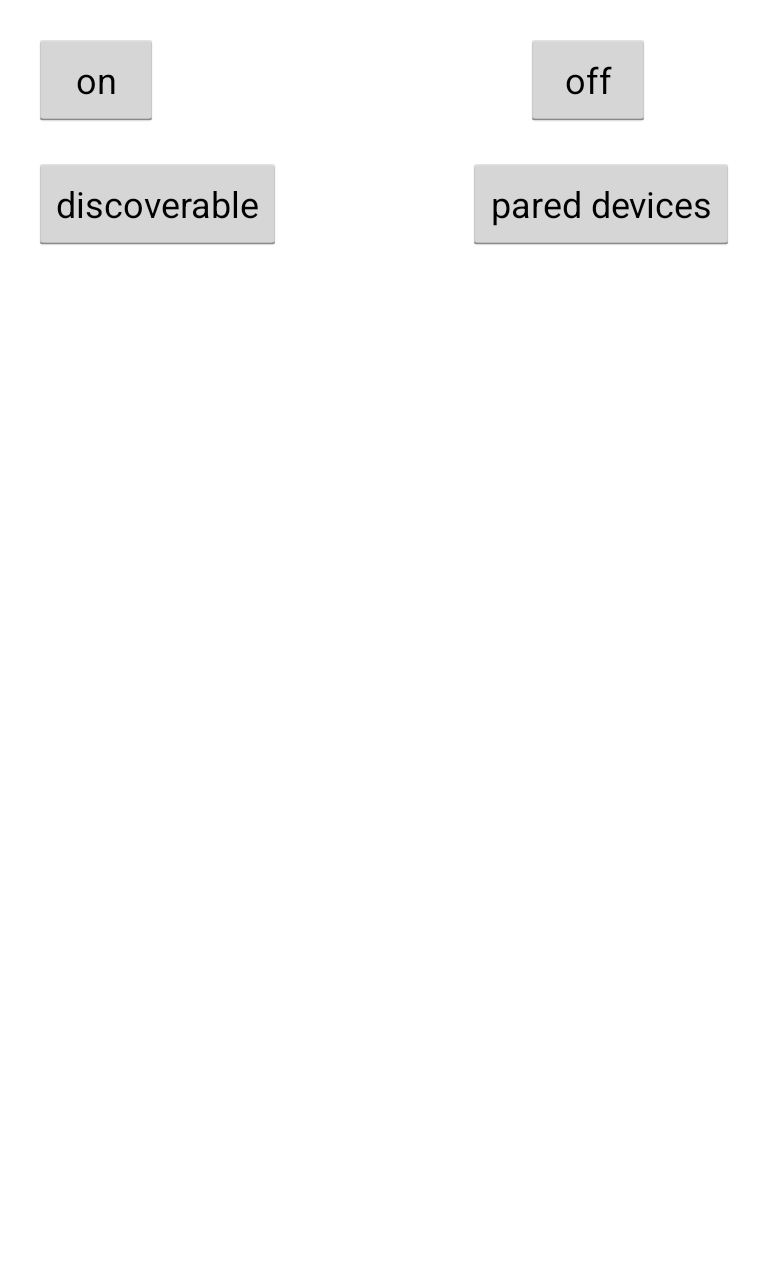
Repository: arjuntheprogrammer/iact
Layout: iact/iact android practice/mywork/Bluetooth/res/layout/activity_main.xml
The author's editor kept a copy of each file at every save. The layout is drawn from the files as they stood at one save, then again after the next save.
It is drawn on a 768 x 1280 px phone screen (xhdpi) without system bars, with theme AppTheme; the app's code is not run. Lists and similar views that code fills are empty.

Above is the layout before, as saved 2016-01-02 20:20:02.

### iact/iact android practice/mywork/Bluetooth/res/layout/activity_main.xml
<RelativeLayout xmlns:android="http://schemas.android.com/apk/res/android"
    xmlns:tools="http://schemas.android.com/tools"
    android:layout_width="match_parent"
    android:layout_height="match_parent"
    android:paddingBottom="@dimen/activity_vertical_margin"
    android:paddingLeft="@dimen/activity_horizontal_margin"
    android:paddingRight="@dimen/activity_horizontal_margin"
    android:paddingTop="@dimen/activity_vertical_margin"
    tools:context=".MainActivity" >

    <ListView
        android:id="@+id/listView1"
        android:layout_width="match_parent"
        android:layout_height="wrap_content"
        android:layout_below="@+id/button4"
        android:layout_marginTop="50dp" >

    </ListView>

    <Button
        android:id="@+id/button1"
        android:layout_width="wrap_content"
        android:layout_height="wrap_content"
        android:layout_alignParentLeft="true"
        android:layout_alignParentTop="true"
        android:text="on" />

    <Button
        android:id="@+id/button2"
        android:layout_width="wrap_content"
        android:layout_height="wrap_content"
        android:layout_alignLeft="@+id/button1"
        android:layout_below="@+id/button1"
        android:layout_marginTop="14dp"
        android:text="discoverable" />

    <TextView
        android:id="@+id/textView1"
        android:layout_width="wrap_content"
        android:layout_height="wrap_content"
        android:layout_alignParentRight="true"
        android:layout_below="@+id/button4"
        android:layout_marginTop="26dp"
        android:text="" />

    <Button
        android:id="@+id/button4"
        android:layout_width="wrap_content"
        android:layout_height="wrap_content"
        android:layout_alignTop="@+id/button2"
        android:layout_toLeftOf="@+id/textView1"
        android:text="pared devices" />

    <Button
        android:id="@+id/button3"
        android:layout_width="wrap_content"
        android:layout_height="wrap_content"
        android:layout_alignBaseline="@+id/button1"
        android:layout_alignBottom="@+id/button1"
        android:layout_alignLeft="@+id/button4"
        android:layout_marginLeft="29dp"
        android:text="off" />

</RelativeLayout>

Loaded but not shown: iact/iact android practice/mywork/Bluetooth/res/values/styles.xml (common file); iact/iact android practice/mywork/Bluetooth/res/values-v11/styles.xml (common file); iact/iact android practice/mywork/Bluetooth/res/values-v14/styles.xml (common file); iact/iact android practice/mywork/Bluetooth/res/values/dimens.xml (common file)

After the next save:
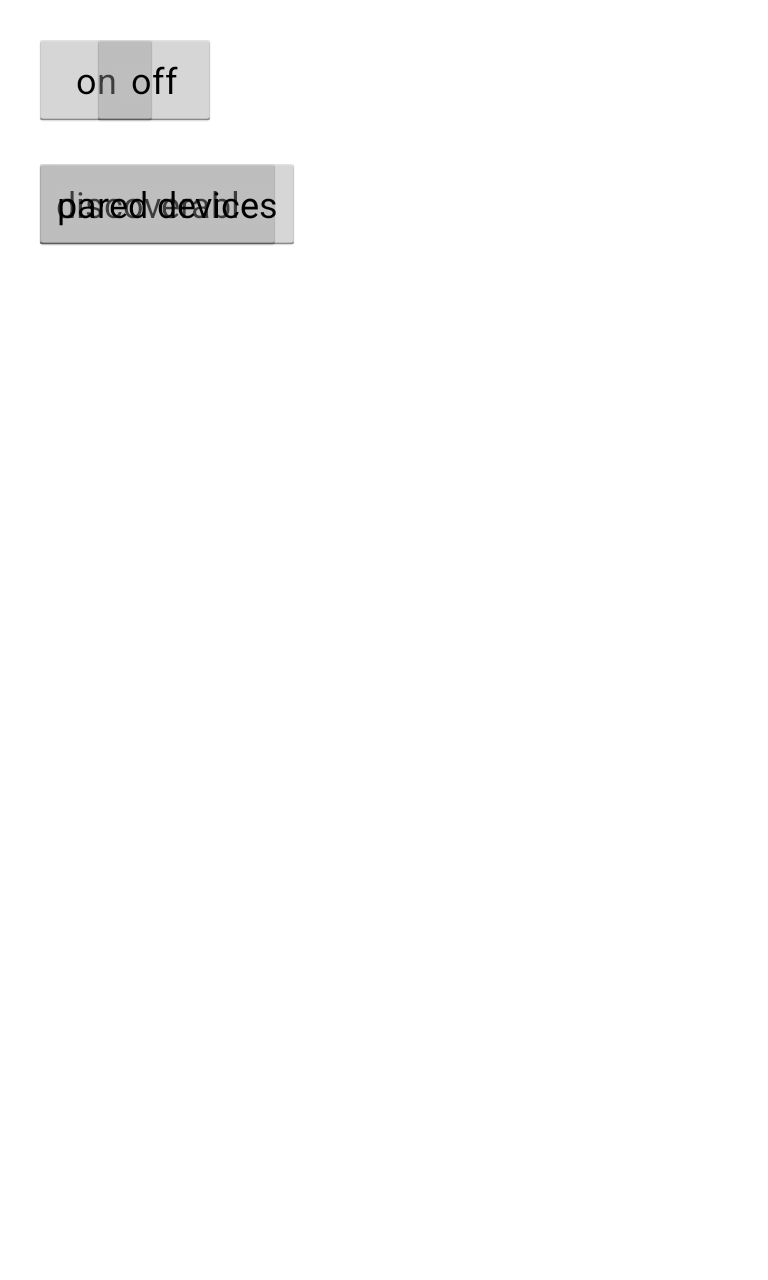
Saved 2 min 36 s later.
--- a/iact/iact android practice/mywork/Bluetooth/res/layout/activity_main.xml
+++ b/iact/iact android practice/mywork/Bluetooth/res/layout/activity_main.xml
@@ -34,14 +34,6 @@
         android:layout_marginTop="14dp"
         android:text="discoverable" />
 
-    <TextView
-        android:id="@+id/textView1"
-        android:layout_width="wrap_content"
-        android:layout_height="wrap_content"
-        android:layout_alignParentRight="true"
-        android:layout_below="@+id/button4"
-        android:layout_marginTop="26dp"
-        android:text="" />
 
     <Button
         android:id="@+id/button4"

After the save that followed:
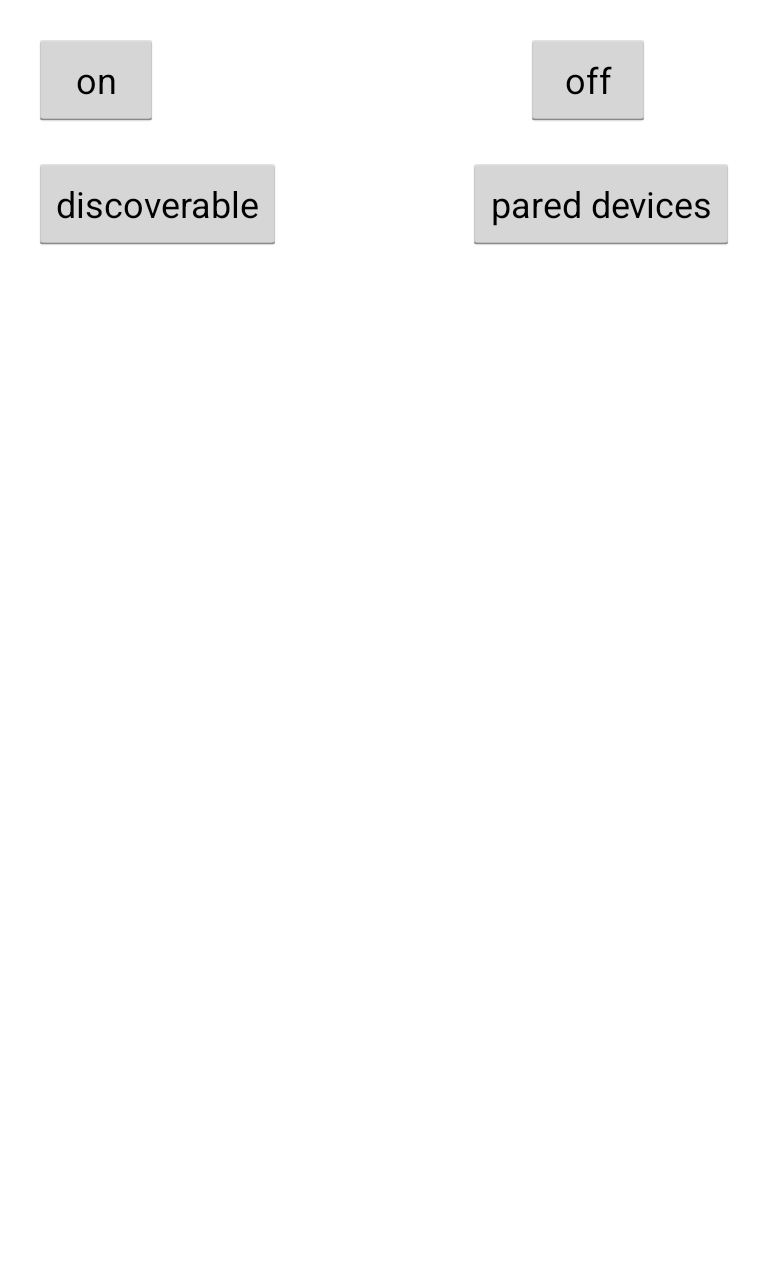
Saved 4 min 36 s later.
--- a/iact/iact android practice/mywork/Bluetooth/res/layout/activity_main.xml
+++ b/iact/iact android practice/mywork/Bluetooth/res/layout/activity_main.xml
@@ -34,6 +34,14 @@
         android:layout_marginTop="14dp"
         android:text="discoverable" />
 
+    <TextView
+        android:id="@+id/textView1"
+        android:layout_width="wrap_content"
+        android:layout_height="wrap_content"
+        android:layout_alignParentRight="true"
+        android:layout_below="@+id/button4"
+        android:layout_marginTop="26dp"
+        android:text="" />
 
     <Button
         android:id="@+id/button4"
